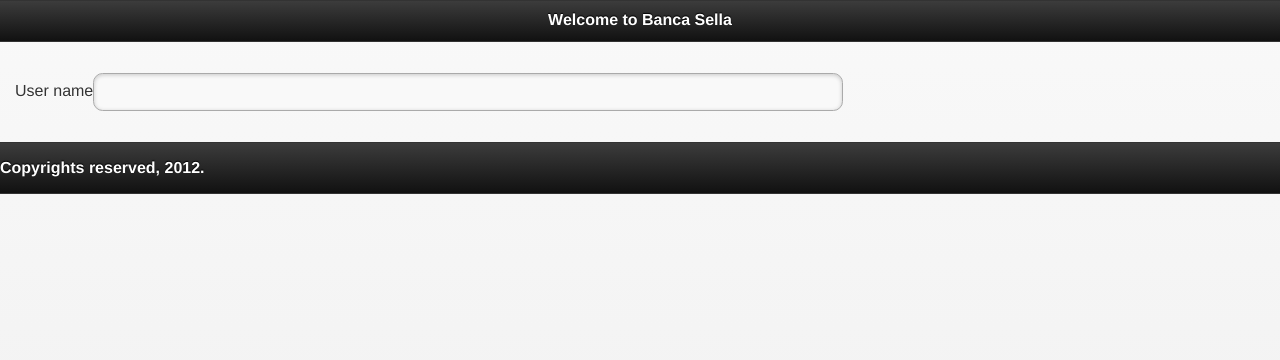
Repository: ravinforu/HTML5_CSS3_JS_Frameworks_Jul_2012-1
Page: Day03/WebContent/lab07.html
The author's editor kept a copy of each file at every save. The page is drawn from the files as they stood at one save, then again after the next save.
The browser window is 1280 px wide. The pictures show the whole page.

Above is the page before, as saved 2012-07-27 04:48:32.

After the next save:
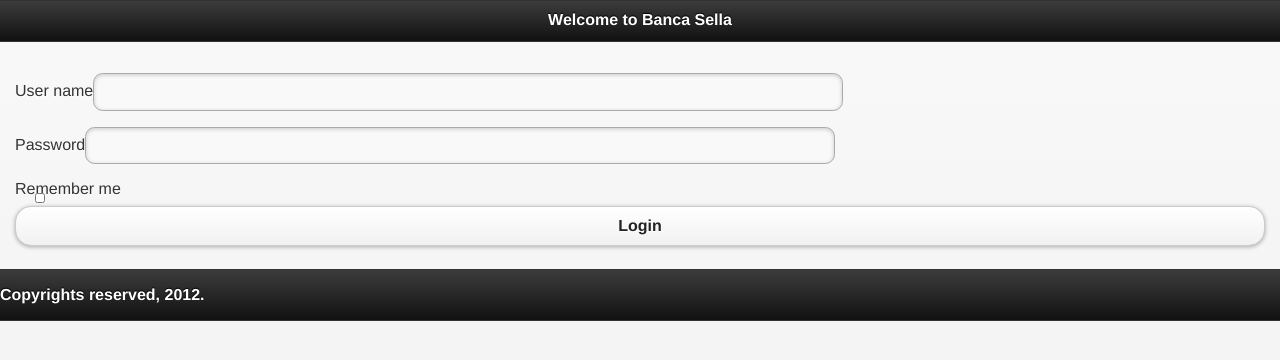
Saved 21 s later.
--- a/Day03/WebContent/lab07.html
+++ b/Day03/WebContent/lab07.html
@@ -4,6 +4,16 @@
 	<link rel="stylesheet" href="jquery.mobile-1.1.1.css">
 	<script src="jquery-1.7.2.js"></script>
 	<script src="jquery.mobile-1.1.1.js"></script>
+	<script>
+		function login(){
+			var userName = $("#userNameText").val();
+			var password = $("#passwordText").val();
+			var url
+		}
+		$().ready(function(){
+			$("#loginBtn").on("click",login);
+		});
+	</script>
 </head>
 <body>
 	<div data-role="page" id="loginScreen">
@@ -15,6 +25,15 @@
 				<label>User name</label>
 				<input type="text" id="userNameText">
 			</div>
+			<div data-role="fieldcontain">
+				<label>Password</label>
+				<input type="password" id="passwordText">
+			</div>
+			<div data-role="controlgroup">
+				<label>Remember me</label>
+				<input type="checkbox" id="rememberChk">
+			</div>
+			<div data-role="button" id="loginBtn">Login</div>
 		</div>
 		<div data-role="footer">
 			<p>Copyrights reserved, 2012.</p>
@@ -31,9 +50,12 @@
 	</div>
 	<div data-role="page" id="citiesScreen">
 		<div data-role="header">
-			<h1></h1>
+			<h1>Countries</h1>
 		</div>
-		<div data-role="content"></div>
+		<div data-role="content">
+			<ul data-role="listview" id="countriesList">
+			</ul>
+		</div>
 		<div data-role="footer">
 			<p>Copyrights reserved, 2012.</p>
 		</div>
